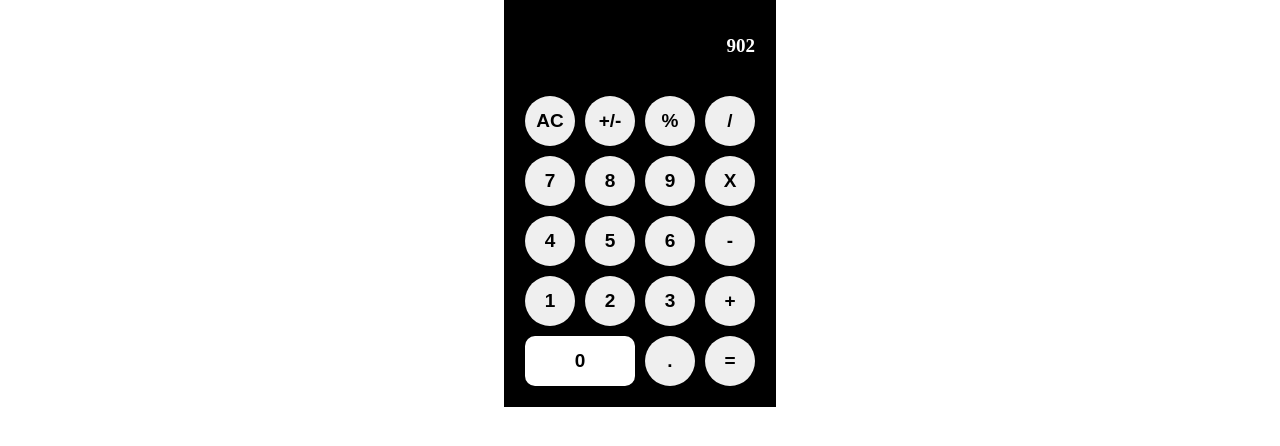
Repository: dmpelaez/calculator
Page: Calculator.html
These files come from the project's save history. The page is drawn as it stood at one moment and after the next save; the edit follows.
The browser window is 1280 px wide. The pictures show the whole page.

Above is the page before, as saved 2025-12-15 20:10:15.

After the next save:
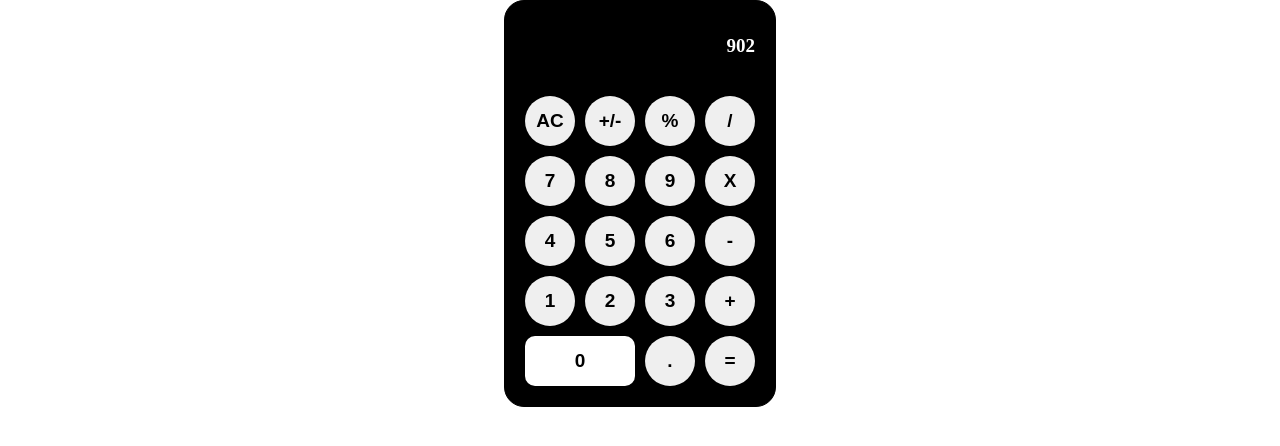
Saved 27 s later.
--- a/Calculator.css
+++ b/Calculator.css
@@ -12,7 +12,7 @@ body {
 display: flex;
 flex-direction: column;
 border: 1px solid black;
-
+border-radius: 20px;
 gap: 20px;
 background: black;
 }
